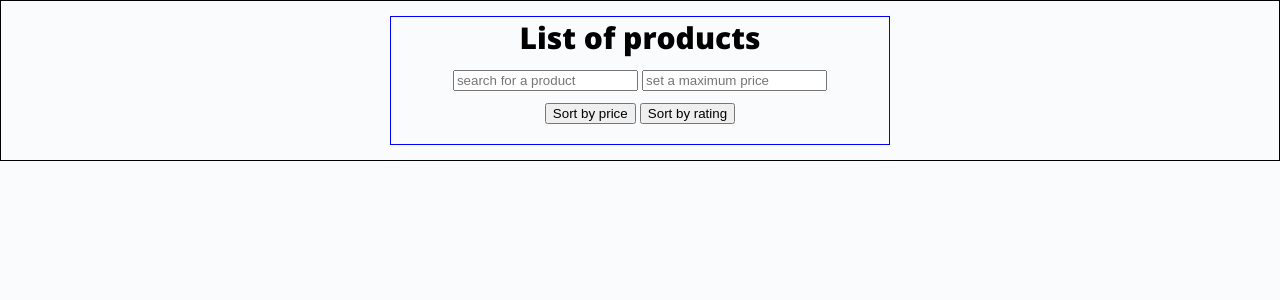
Repository: andrii1/hyf-homework
Page: javascript/javascript2/week2/hyf-bay/index.html
The author's editor kept a copy of each file at every save. The page is drawn from the files as they stood at one save, then again after the next save.
The browser window is 1280 px wide. The pictures show the whole page.

Above is the page before, as saved 2022-07-06 12:21:50.

After the next save:
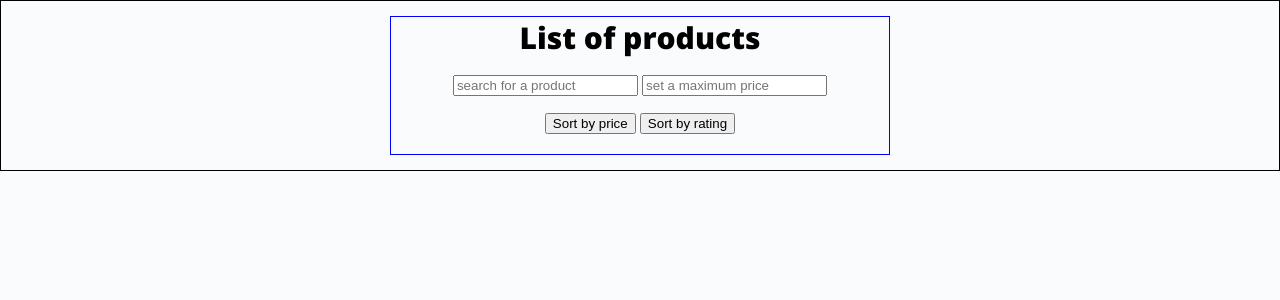
Saved 18 s later.
--- a/javascript/javascript2/week2/hyf-bay/main.css
+++ b/javascript/javascript2/week2/hyf-bay/main.css
@@ -41,5 +41,5 @@ main {
 }
 
 form {
-  margin: 10 0;
+  margin: 15 0;
 }
